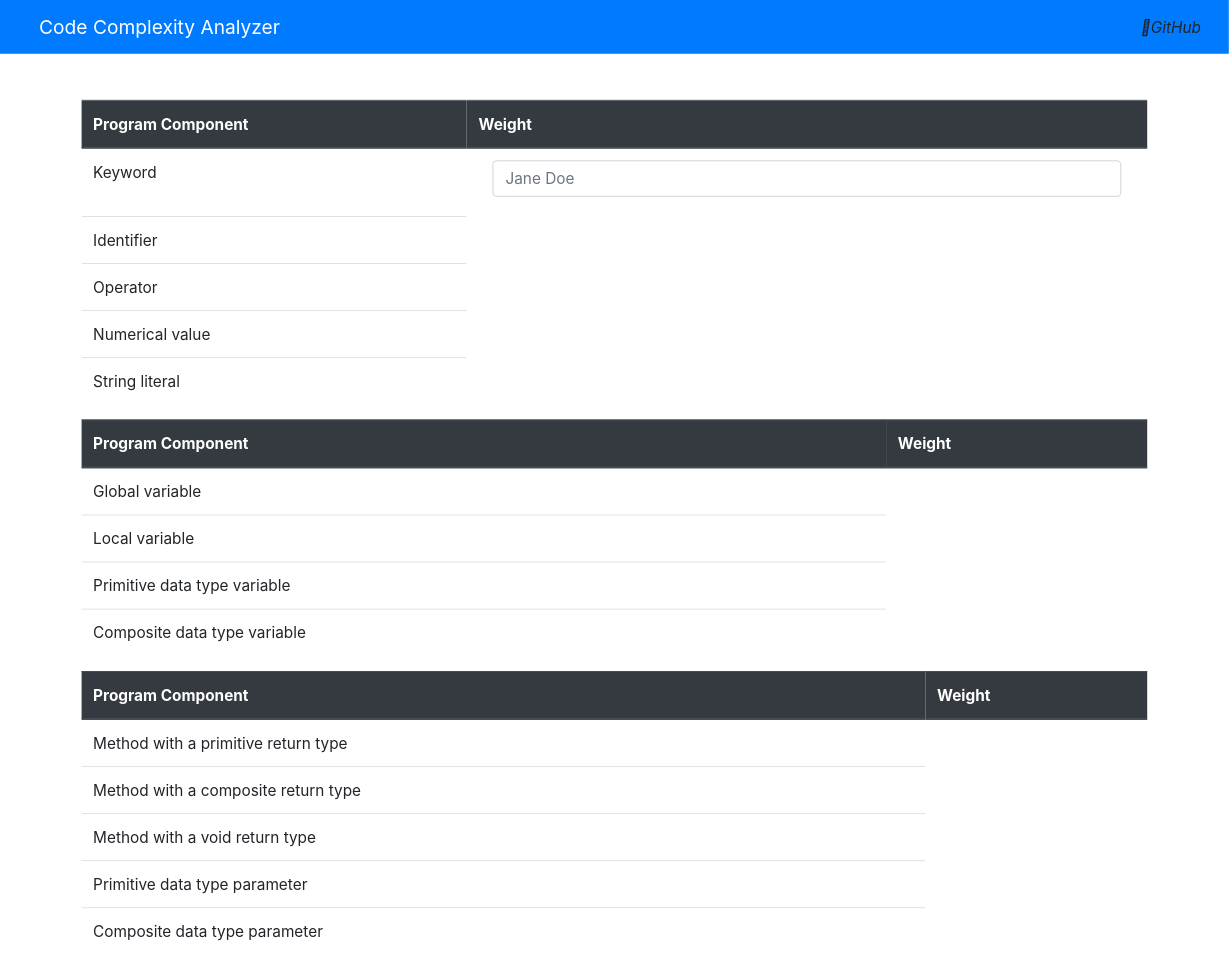
Repository: DinuwanB/Code-Complexity-Analyzer
Page: http://localhost/ITPM/Weight.jsp
These files come from the project's save history. The page is drawn as it stood at one moment and after the next save; the edit follows.
The browser window is 1280 px wide. The pictures show the whole page, at 96% of full size.
The page is served by Tomcat 9.

Above is the page before, as saved 2020-05-22 04:55:25.

After the next save:
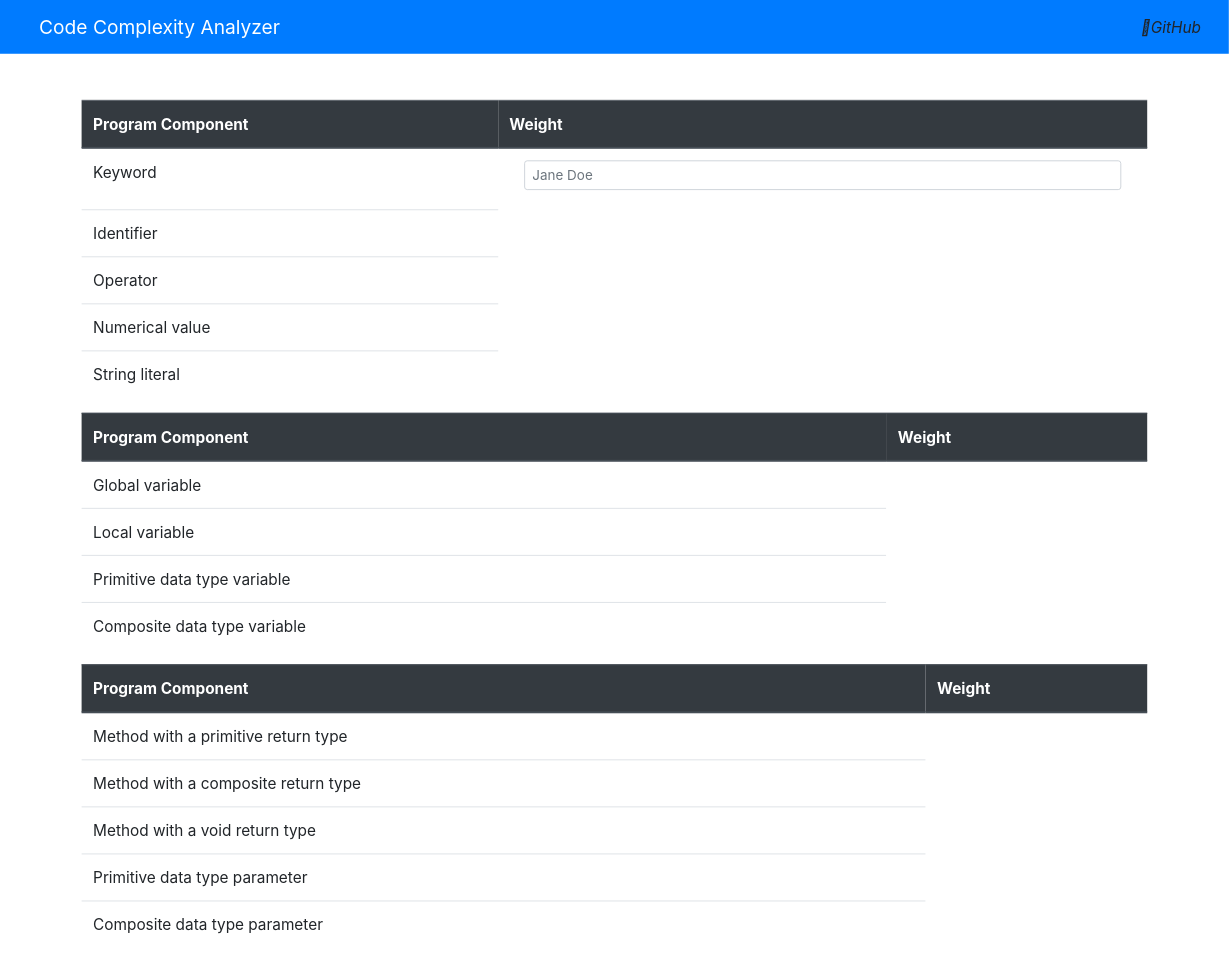
Saved 61 s later.
--- a/ITPM/src/main/webapp/Weight.jsp
+++ b/ITPM/src/main/webapp/Weight.jsp
@@ -44,7 +44,7 @@
       <td>Keyword</td>
       <td>  <div class="col-auto">
       <label class="sr-only" for="inlineFormInput">Name</label>
-      <input type="text" class="form-control mb-2" id="inlineFormInput" placeholder="Jane Doe">
+      <input type="text" class="form-control mb-2 form-control-sm" id="inlineFormInput" placeholder="Jane Doe">
     </div>
     </td>
     </tr>
